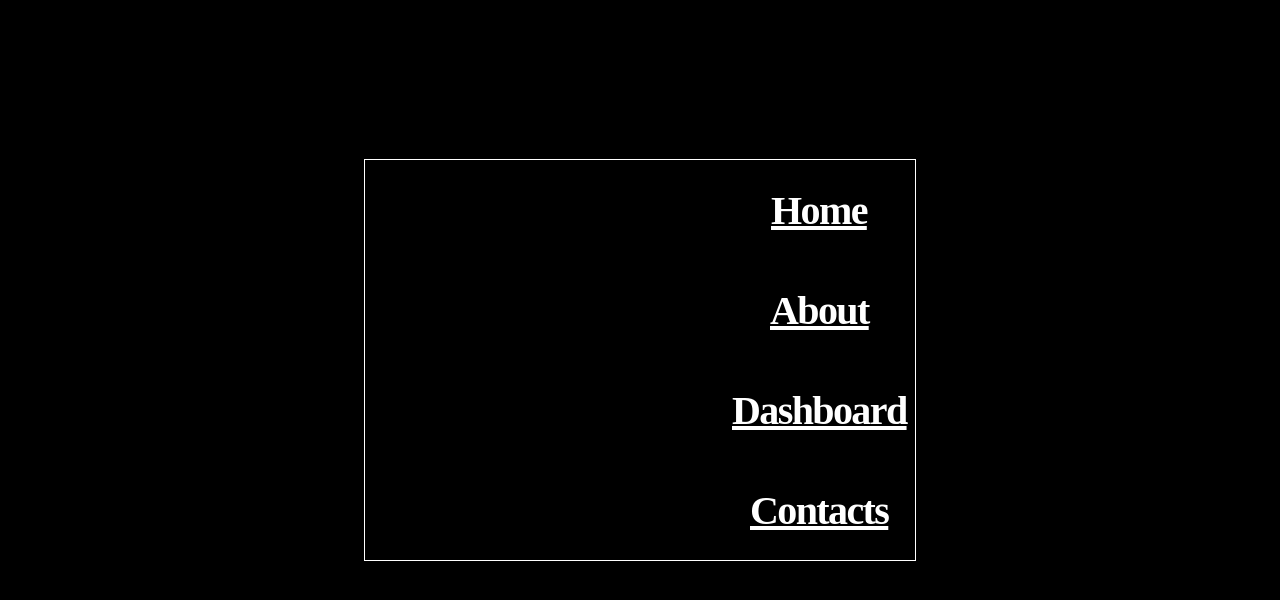
Repository: Rinzlerte/react-reveale-animation
Page: /menu
These files come from the project's save history. The page is drawn as it stood at one moment and after the next save; the edit follows.
The browser window is 1280 px wide. The pictures show the whole page.
The project was rebuilt for these pictures with package versions that can differ from the ones it lists, and the page was loaded fresh each time. Also part of the build but not shown: src/components/home/Featured.jsx, src/components/home/Header.jsx, src/components/ui/ArrowBtn.js, src/components/home/Home.jsx.

Above is the page before, as saved 2019-10-18 23:36:36.

After the next save:
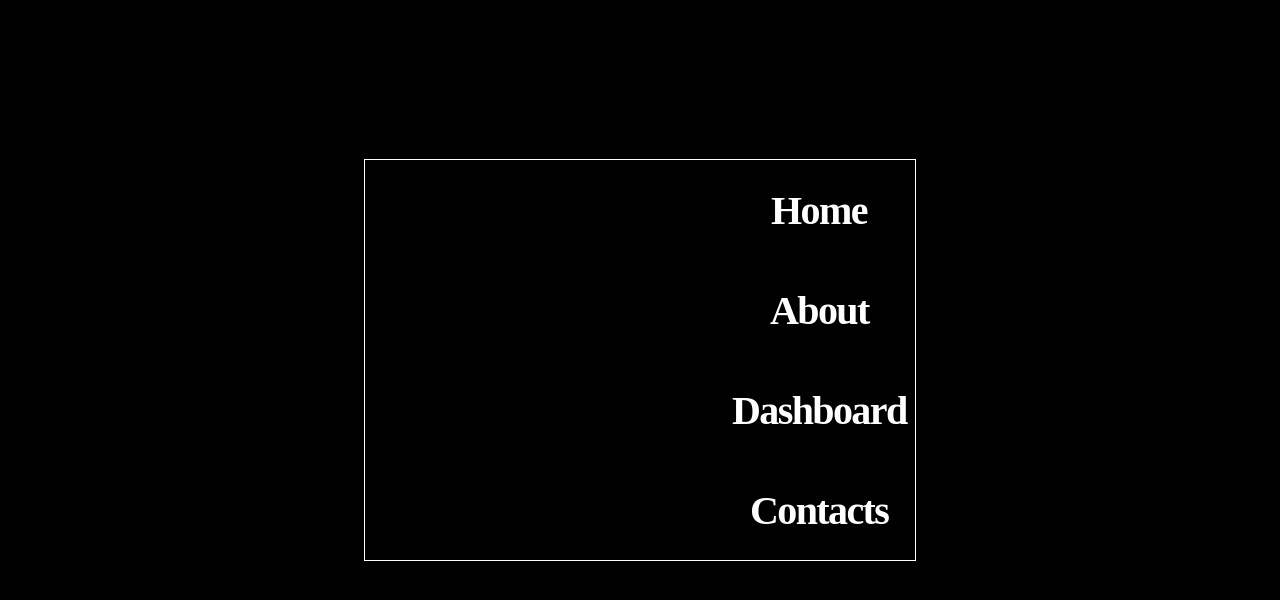
Saved 24 s later.
--- a/src/components/navigation/Navigation.css
+++ b/src/components/navigation/Navigation.css
@@ -21,6 +21,7 @@
 }
 
 .menu-box-link{
+    text-decoration: none;
     text-align: center;
     letter-spacing: -0.04em;
     transform-origin: center center 0px;
